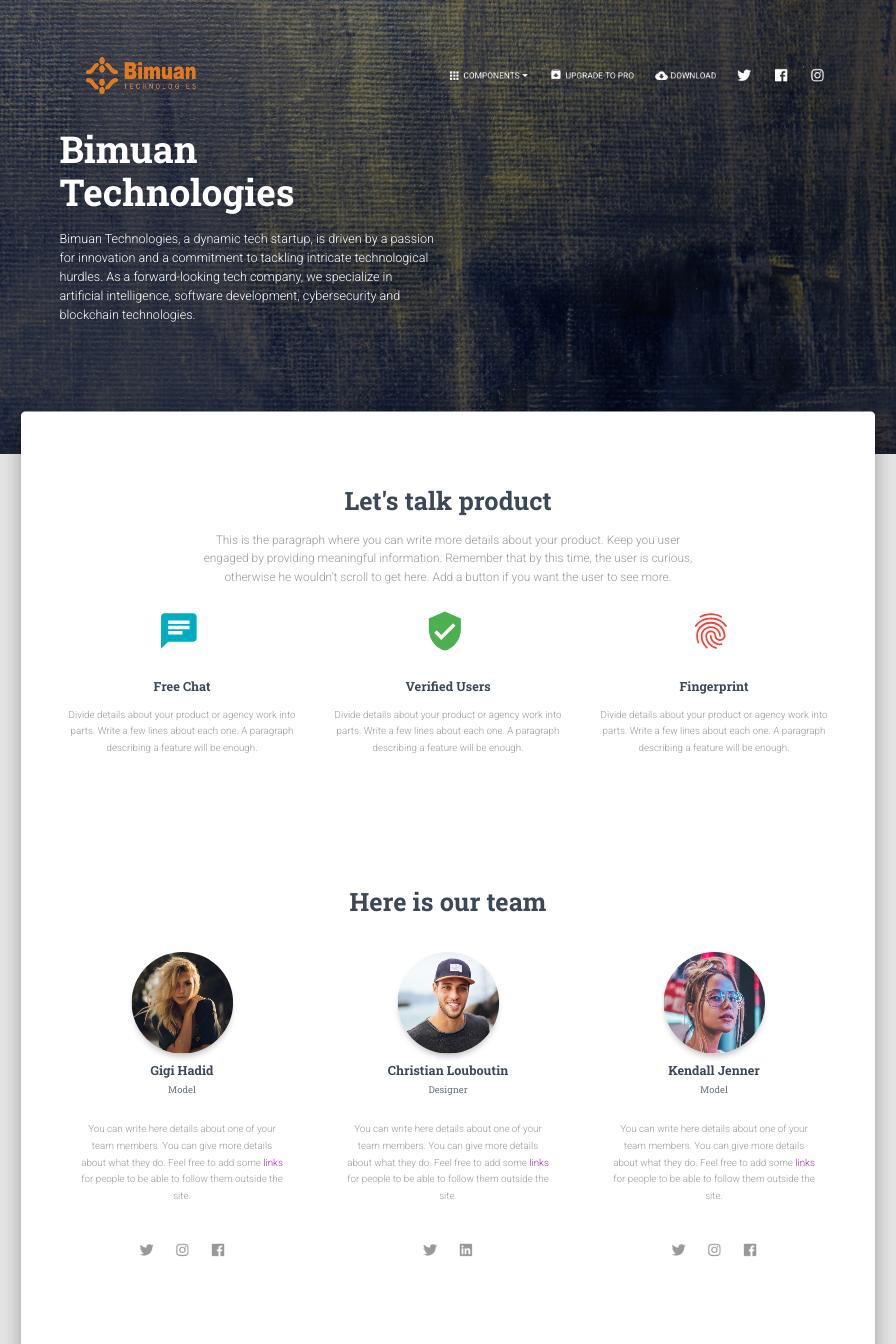
Repository: marcusdashe/bimuan-tech
Page: /
An editor plug-in stored every save of this project. The page is shown before and after the next save, followed by the edit.
The browser window is 1280 px wide. The pictures show the part of the page from y = 0 to 1920 px (the page is 2679 px tall), at 70% of full size.
Some web libraries are served in a nearby version. The project was rebuilt for these pictures with package versions that can differ from the ones it lists, and the page was loaded fresh each time. The framework's server and built-in components were replaced by stand-ins that run in the browser. Also part of the build but not shown: next.config.js.

Above is the page before, as saved 2023-10-30 14:08:38.

After the next save:
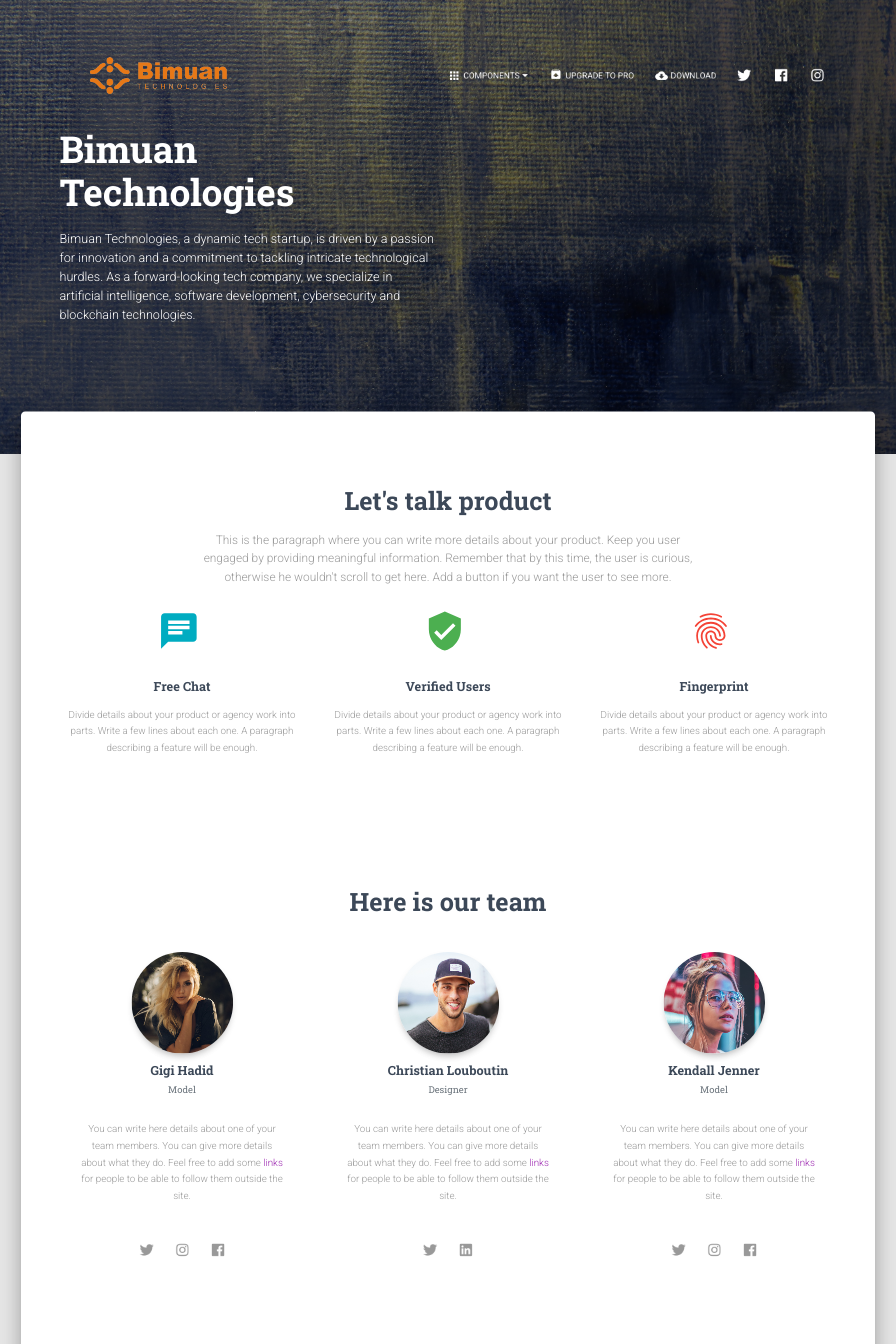
Saved 20 s later.
--- a/components/Header/Header.js
+++ b/components/Header/Header.js
@@ -65,7 +65,7 @@
   const brandComponent = (
     <Link href="/" as="/components">
       <Button className={classes.title}>
-        <Image src="/img/logo1.png" width={200} height={150} />
+        <Image src="/img/logo1.png" width={250} height={150} />
       </Button>
     </Link>
   );
